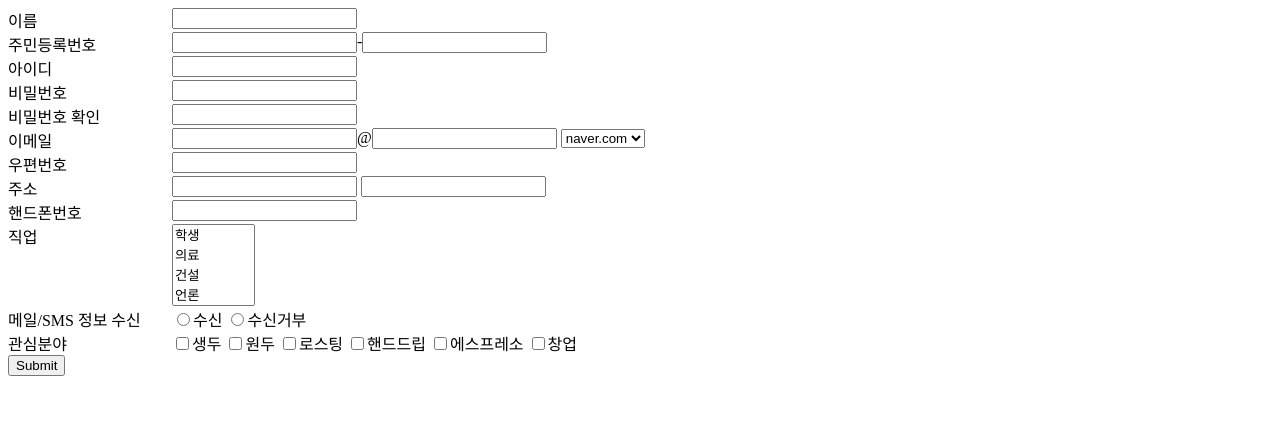
Repository: Yoon-jae-min/JSP-Servlet_Study
Page: http://localhost/self-study-01/join.jsp
An editor plug-in stored every save of this project. The page is shown before and after the next save, followed by the edit.
The browser window is 1280 px wide. The pictures show the whole page.
The page is served by Tomcat 10.

Above is the page before, as saved 2024-06-06 13:41:24.

After the next save:
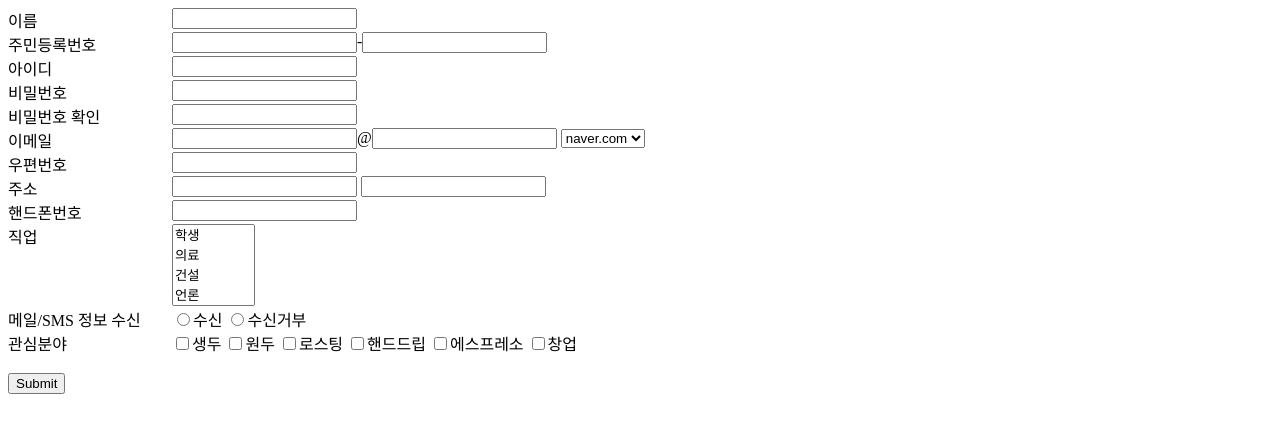
Saved 8 s later.
--- a/JSP&Servlet-selfStudy/self-study-01/src/main/webapp/join.jsp
+++ b/JSP&Servlet-selfStudy/self-study-01/src/main/webapp/join.jsp
@@ -59,7 +59,7 @@
 			<input type="checkbox" name="interest" value="로스팅">로스팅
 			<input type="checkbox" name="interest" value="핸드드립">핸드드립
 			<input type="checkbox" name="interest" value="에스프레소">에스프레소
-			<input type="checkbox" name="interest" value="창업">창업<br>
+			<input type="checkbox" name="interest" value="창업">창업<br><br>
 
 		<input type="submit" onclick="return joinCheck()">
 	</form>
